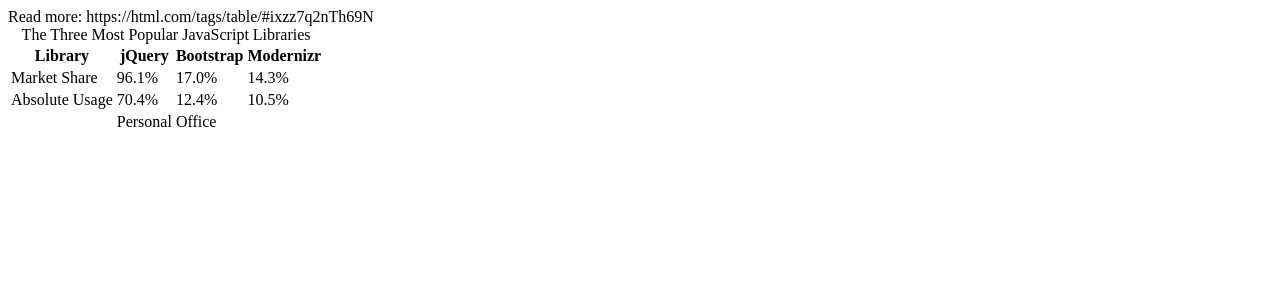
Repository: vgoins-RA2022/HTML-2
Page: index.html
These files come from the project's save history. The page is drawn as it stood at one moment and after the next save; the edit follows.
The browser window is 1280 px wide. The pictures show the whole page.

Above is the page before, as saved 2023-01-10 18:25:34.

### index.html
<!DOCTYPE html>
<html lang="en">

<head>
  <meta charset="UTF-8">
  <meta name="viewport" content="width=device-width, initial-scale=1">
  <link rel="stylesheet" href="..\\HTML-2\\src\\css\\Style.css" type="text/css">
  <title>HTML Table Assignment 2</title>
</head>

 <header>
    </header>

<body>
  <table> <caption>The Three Most Popular JavaScript Libraries</caption> <thead> <tr> <th>Library</th> <th>jQuery</th> <th>Bootstrap</th> <th>Modernizr</th> </tr> </thead> <tbody> <tr> <td>Market Share</td> <td>96.1%</td> <td>17.0%</td> <td>14.3%</td> </tr> <tr> <td>Absolute Usage</td> <td>70.4%</td> <td>12.4%</td> <td>10.5%</td> </tr> </tbody>

    Read more: https://html.com/tags/table/#ixzz7q2nTh69N
    </tbody>
    <tfoot>
    <tr>
      <td>&nbsp;</td>
      <td>Personal</td>
      <td>Office</td>
    </tr>
    </tfoot>
    </table>
</body>



</html>

Loaded but not shown: src/css/Style.css (no stored copy; drawn as an empty file)

After the next save:
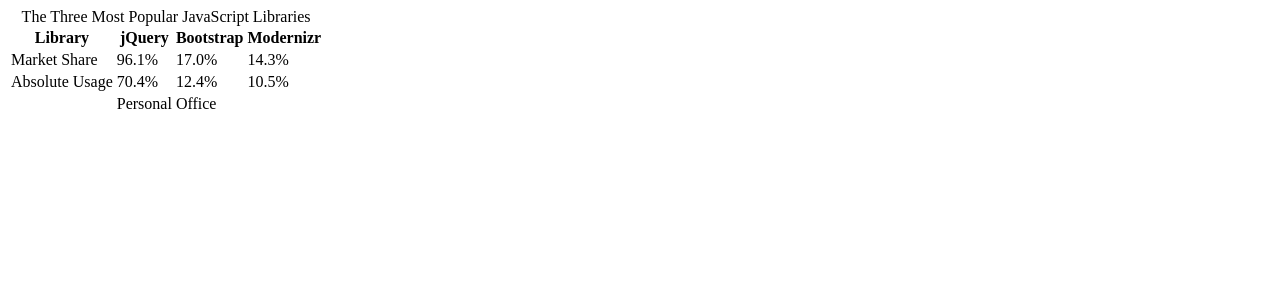
Saved 2 min 2 s later.
--- a/index.html
+++ b/index.html
@@ -14,7 +14,6 @@
 <body>
   <table> <caption>The Three Most Popular JavaScript Libraries</caption> <thead> <tr> <th>Library</th> <th>jQuery</th> <th>Bootstrap</th> <th>Modernizr</th> </tr> </thead> <tbody> <tr> <td>Market Share</td> <td>96.1%</td> <td>17.0%</td> <td>14.3%</td> </tr> <tr> <td>Absolute Usage</td> <td>70.4%</td> <td>12.4%</td> <td>10.5%</td> </tr> </tbody>
 
-    Read more: https://html.com/tags/table/#ixzz7q2nTh69N
     </tbody>
     <tfoot>
     <tr>
